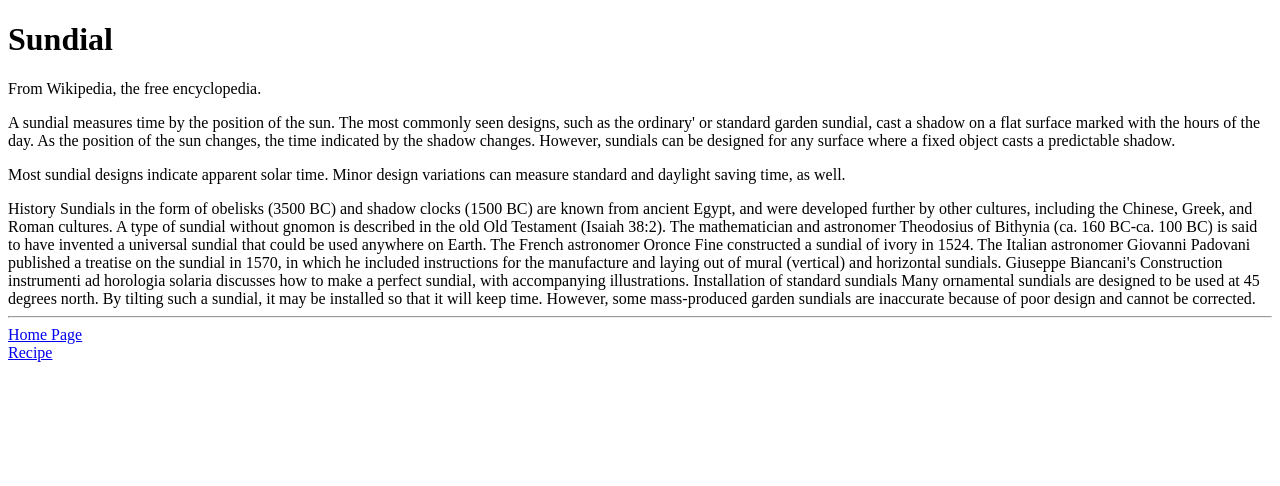
Repository: 10-1-pursuit/lab-intro-to-html
Page: sundial/index.html
The author's editor kept a copy of each file at every save. The page is drawn from the files as they stood at one save, then again after the next save.
The browser window is 1280 px wide. The pictures show the whole page.

Above is the page before, as saved 2023-06-14 03:25:51.

After the next save:
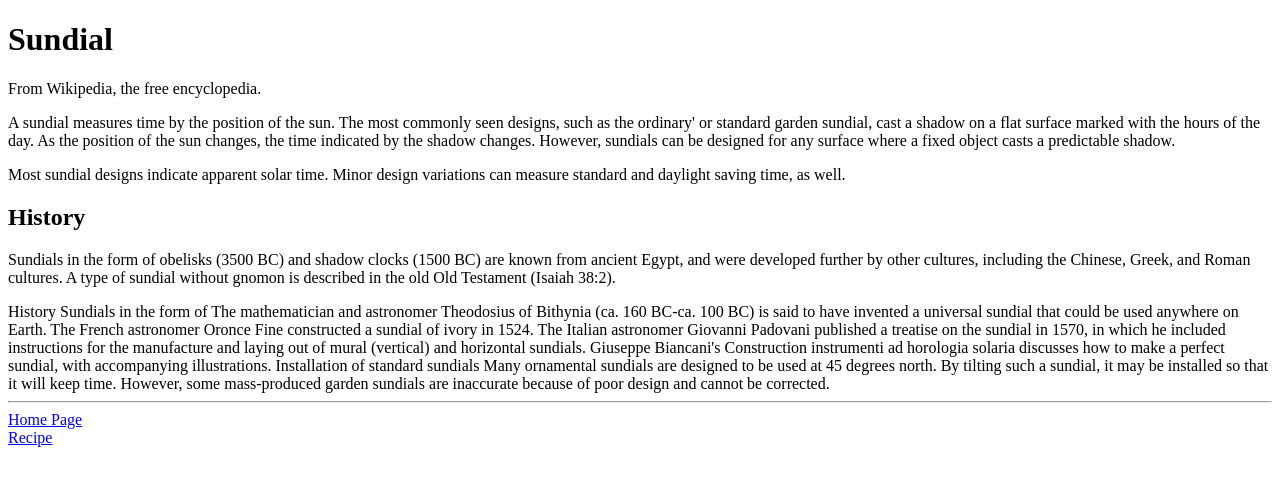
Saved 2 min 30 s later.
--- a/sundial/index.html
+++ b/sundial/index.html
@@ -22,23 +22,30 @@
         variations can measure standard and daylight saving time, as well.
       </p>
     </div>
+    <div>
+      <h2>History</h2>
+      <p>
+        Sundials in the form of obelisks (3500 BC) and shadow clocks (1500 BC)
+        are known from ancient Egypt, and were developed further by other
+        cultures, including the Chinese, Greek, and Roman cultures. A type of
+        sundial without gnomon is described in the old Old Testament (Isaiah
+        38:2).
+      </p>
+    </div>
 
-    History Sundials in the form of obelisks (3500 BC) and shadow clocks (1500
-    BC) are known from ancient Egypt, and were developed further by other
-    cultures, including the Chinese, Greek, and Roman cultures. A type of
-    sundial without gnomon is described in the old Old Testament (Isaiah 38:2).
-    The mathematician and astronomer Theodosius of Bithynia (ca. 160 BC-ca. 100
-    BC) is said to have invented a universal sundial that could be used anywhere
-    on Earth. The French astronomer Oronce Fine constructed a sundial of ivory
-    in 1524. The Italian astronomer Giovanni Padovani published a treatise on
-    the sundial in 1570, in which he included instructions for the manufacture
-    and laying out of mural (vertical) and horizontal sundials. Giuseppe
-    Biancani's Construction instrumenti ad horologia solaria discusses how to
-    make a perfect sundial, with accompanying illustrations. Installation of
-    standard sundials Many ornamental sundials are designed to be used at 45
-    degrees north. By tilting such a sundial, it may be installed so that it
-    will keep time. However, some mass-produced garden sundials are inaccurate
-    because of poor design and cannot be corrected.
+    History Sundials in the form of The mathematician and astronomer Theodosius
+    of Bithynia (ca. 160 BC-ca. 100 BC) is said to have invented a universal
+    sundial that could be used anywhere on Earth. The French astronomer Oronce
+    Fine constructed a sundial of ivory in 1524. The Italian astronomer Giovanni
+    Padovani published a treatise on the sundial in 1570, in which he included
+    instructions for the manufacture and laying out of mural (vertical) and
+    horizontal sundials. Giuseppe Biancani's Construction instrumenti ad
+    horologia solaria discusses how to make a perfect sundial, with accompanying
+    illustrations. Installation of standard sundials Many ornamental sundials
+    are designed to be used at 45 degrees north. By tilting such a sundial, it
+    may be installed so that it will keep time. However, some mass-produced
+    garden sundials are inaccurate because of poor design and cannot be
+    corrected.
     <hr />
     <nav>
       <a href="./index.html">Home Page</a>
